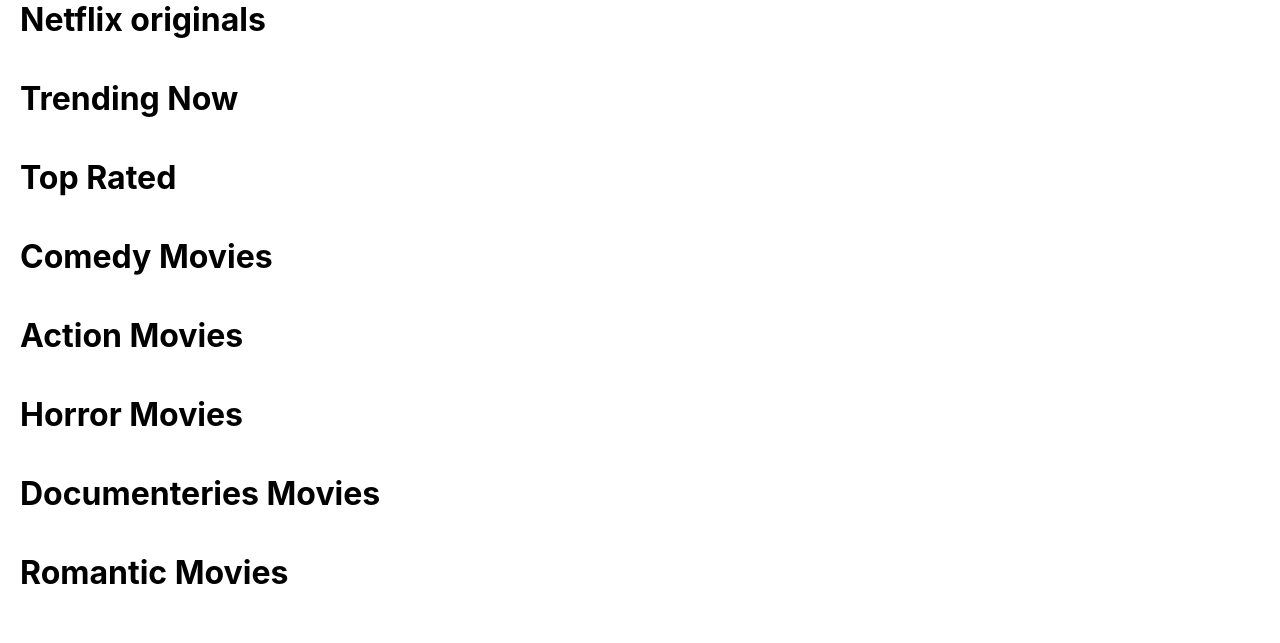
Repository: ramtoppo12/movieApp
Page: /
The author's editor kept a copy of each file at every save. The page is drawn from the files as they stood at one save, then again after the next save.
The browser window is 1280 px wide. The pictures show the whole page.
Pictures or frames that could not be fetched are drawn as grey boxes. The page's requests for data from a server got no answer. The project was rebuilt for these pictures with package versions that can differ from the ones it lists, and the page was loaded fresh each time. No one was signed in, and anything a server would have sent is missing. Also part of the build but not shown: src/App.css, src/banner.css.

Above is the page before, as saved 2020-11-09 22:08:04.

### src/App.js
import './App.css';
import React from "react";
import Row from "./Row";
import requests from "./request";
import Navbar from './Navbar';
import Banner from './Banner';

function App() {
  return (
    <div className="App">
        <Navbar/>
        <Banner />
        <Row isLargeRow={true} title="Netflix originals" fetchUrl={requests.fetchNetfixOriginals}/>
        <Row title="Trending Now" fetchUrl={requests.fetchTrendingNow}/>
        <Row title="Top Rated" fetchUrl={requests.fetchTopRated}/>
        <Row title="Comedy Movies" fetchUrl={requests.fetchComedyMovies}/>
        <Row title="Action Movies" fetchUrl={requests.fetchActionMovies}/>
        <Row title="Horror Movies" fetchUrl={requests.fetchHorrorMovies}/>
        <Row title="Documenteries Movies" fetchUrl={requests.fetchDocumentaries}/>
        <Row title="Romantic Movies" fetchUrl={requests.fetchRomenticMovies}/>



    </div>
  );
}

export default App;

### src/Row.js
import React, { useState,useEffect } from 'react';
import axios from "./axios";
import "./row.css";
const base_url = "https://image.tmdb.org/t/p/original/";


export default function Row({title,fetchUrl,isLargeRow}) {
    const [movies,setMovies]=useState([]);
    useEffect(()=>{
        //if we leave the bracket Run once
        async function fetchData(){
            const request = await axios.get(fetchUrl);
            setMovies(request.data.results);
            return request;
        }
        fetchData();
    },[fetchUrl])

    return (
        <div className="row">
            <h1>{title}</h1>
            <div className="row__posters">
            {movies.map(movie =>(
                <img key={movie.id}className={`row__poster ${isLargeRow && "row__posterLarge"}`} src={`${base_url}${ isLargeRow ? movie.poster_path :movie.backdrop_path}`}/>
            ))}
            </div>
        </div>
    )
}

### src/request.js
const API_KEY ="4d985b549a4462ab7e93d987c24153c7";

const requests ={
    fetchTrendingNow:`/trending/all/week?api_key=${API_KEY}&language=en-US`,
fetchTopRated:`/movie/top_rated?api_key=${API_KEY}&language=en-US`,
fetchNetfixOriginals:`/discover/tv?api_key=${API_KEY}&with_network=213`,
fetchComedyMovies:`/discover/movie?api_key=${API_KEY}&with_genres=35`,
fetchHorrorMovies:`/discover/movie?api_key=${API_KEY}&with_genres=27`,
fetchRomenticMovies:`/discover/movie?api_key=${API_KEY}&with_genres=10749`,
fetchActionMovies:`/discover/movie?api_key=${API_KEY}&with_genres=28`,
fetchDocumentaries:`discover/movie?api_key=${API_KEY}&with_genres=99`,

// https://api.themoviedb.org/3/genre/movie/list
// https://api.themoviedb.org/3/trending/all/week
// https://api.themoviedb.org/3/search/keyword?query=parasite
}


export default requests;

### src/Banner.js
import React, { useState,useEffect } from 'react';
import axios from "./axios";
import requests from './request';
import "./banner.css"

export default function Banner({fetchUrl}) {
    const [movie,setMovie] = useState([]);


    useEffect(() => {

        async function fetchData() {
            const request = await axios.get(requests.fetchNetfixOriginals);
            setMovie(request.data.results[Math.floor(Math.random()*request.data.results.length - 1)]);
        }
        fetchData();
    }, [])
    console.log(movie);
    return (
        <header className="banner"
        style={{backgroundSize:"cover",
    backgroundPosition:"center center",
    backgroundImage:`url("https://image.tmdb.org/t/p/original/${movie.backdrop_path}")`

}}>
            <div className="banner__contents">
            {/* title */}
    <h1>{movie?.title || movie?.name || movie?.original_name}</h1>
            </div>

        </header>
    )
}

### src/axios.js
import axios from "axios";
const instance = axios.create({
    baseURL:"https://api.themoviedb.org/3",
});

export default instance;

### src/row.css
.row {
  margin: 0 0 0 20px;
}

.row__posters {
  display: flex;
  overflow-y: hidden;
  overflow-x: scroll;
  padding: 20px;
}
.row__posters::-webkit-scrollbar {
  display: none;
}
.row__poster {
  object-fit: contain;
  width: 100%;
  max-height: 100px;
  margin: 0 10px 0 0;
  transition: transform 450ms;
  cursor: pointer;
}
.row__poster:hover {
  transform: scale(1.08);
  opacity: 1;
}
.row__posterLarge {
  max-height: 250px;
}
.row__posterLarge:hover {
  transform: scale(1.09);
}

Loaded but not shown: public/index.html (common file); src/index.js (common file); src/index.css (common file); src/reportWebVitals.js (common file); src/Navbar.js (common file)

After the next save:
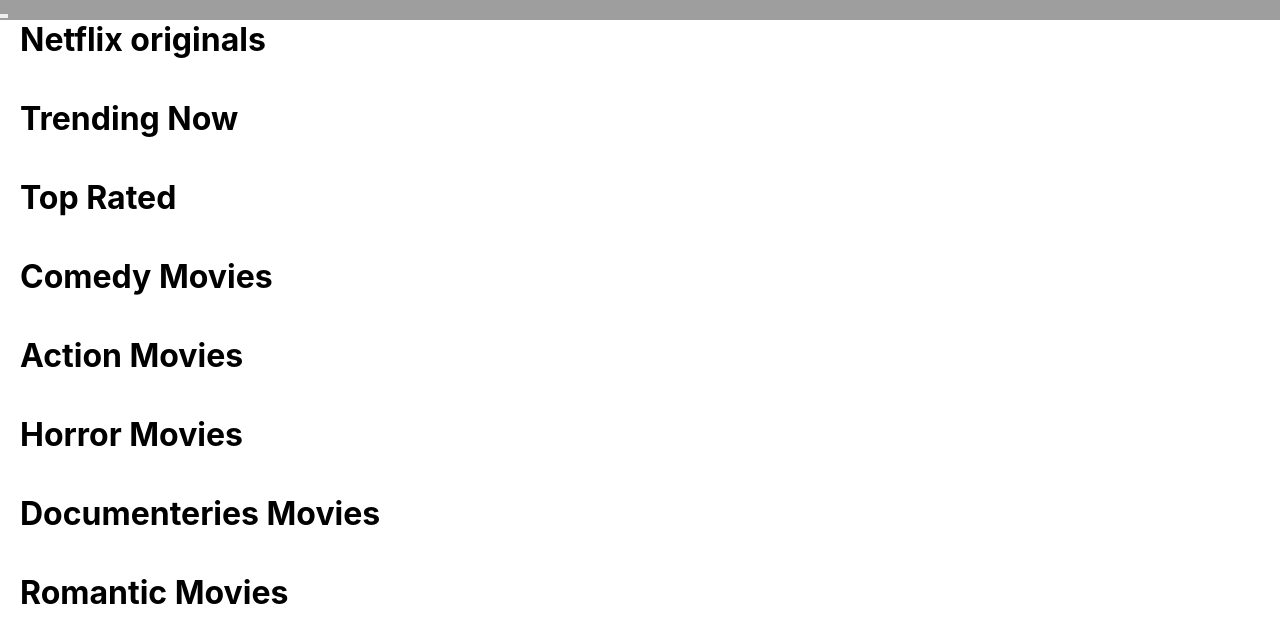
Saved 17 min 50 s later.
--- a/src/Banner.js
+++ b/src/Banner.js
@@ -26,6 +26,14 @@
             <div className="banner__contents">
             {/* title */}
     <h1>{movie?.title || movie?.name || movie?.original_name}</h1>
+    <div className="banner__buttons">
+    <button className="banner__button">
+
+    </button>
+    <button className="banner__button">
+
+    </button>
+    </div>
             </div>
 
         </header>
